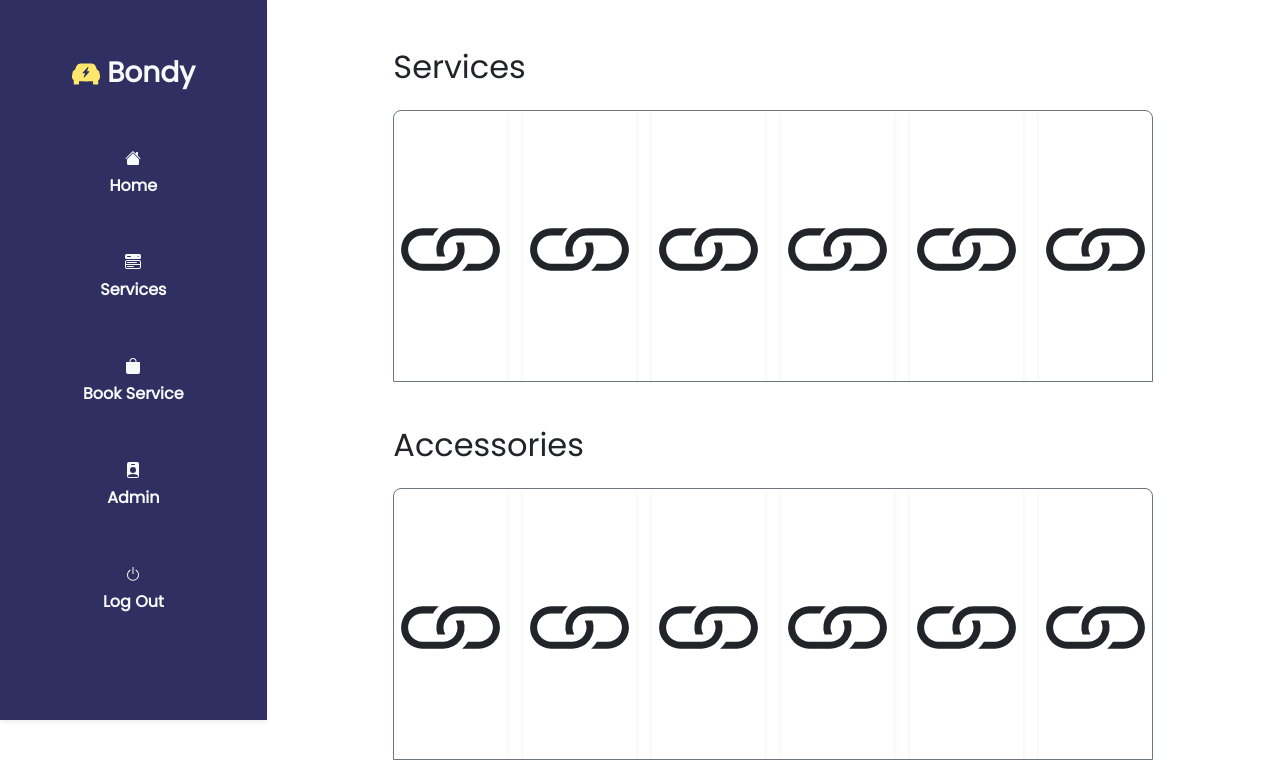
Repository: duzzisantos/bondy
Page: /
The author's editor kept a copy of each file at every save. The page is drawn from the files as they stood at one save, then again after the next save.
The browser window is 1280 px wide. The pictures show the whole page.
Some web libraries are served in a nearby version. The project was rebuilt for these pictures with package versions that can differ from the ones it lists, and the page was loaded fresh each time.

Above is the page before, as saved 2023-06-18 00:36:46.

### public/index.html
<!DOCTYPE html>
<html lang="en">
  <head>
    <meta charset="utf-8" />
    <link rel="icon" href="%PUBLIC_URL%/favicon.ico" />
    <meta name="viewport" content="width=device-width, initial-scale=1" />
    <meta name="theme-color" content="#000000" />
    <meta
      name="description"
      content="Web site created using create-react-app"
    />
    <link rel="apple-touch-icon" href="%PUBLIC_URL%/logo192.png" />
    <!-- Option 1: Include in HTML -->
    <link
      rel="stylesheet"
      href="https://cdn.jsdelivr.net/npm/bootstrap-icons@1.3.0/font/bootstrap-icons.css"
    />
    <link rel="preconnect" href="https://fonts.googleapis.com" />
    <link rel="preconnect" href="https://fonts.gstatic.com" crossorigin />
    <!--
      manifest.json provides metadata used when your web app is installed on a
      user's mobile device or desktop. See https://developers.google.com/web/fundamentals/web-app-manifest/
    -->
    <link rel="manifest" href="%PUBLIC_URL%/manifest.json" />
    <!--
      Notice the use of %PUBLIC_URL% in the tags above.
      It will be replaced with the URL of the `public` folder during the build.
      Only files inside the `public` folder can be referenced from the HTML.

      Unlike "/favicon.ico" or "favicon.ico", "%PUBLIC_URL%/favicon.ico" will
      work correctly both with client-side routing and a non-root public URL.
      Learn how to configure a non-root public URL by running `npm run build`.
    -->
    <title>React App</title>
  </head>
  <body>
    <noscript>You need to enable JavaScript to run this app.</noscript>
    <div id="root"></div>
    <!--
      This HTML file is a template.
      If you open it directly in the browser, you will see an empty page.

      You can add webfonts, meta tags, or analytics to this file.
      The build step will place the bundled scripts into the <body> tag.

      To begin the development, run `npm start` or `yarn start`.
      To create a production bundle, use `npm run build` or `yarn build`.
    -->
  </body>
</html>

### src/index.js
import React from "react";
import ReactDOM from "react-dom/client";
import "./index.css";
import App from "./App";
import "bootstrap/dist/css/bootstrap.min.css";
import { BrowserRouter as Router } from "react-router-dom";

const root = ReactDOM.createRoot(document.getElementById("root"));
root.render(
  <React.StrictMode>
    <Router>
      <App />
    </Router>
  </React.StrictMode>
);

### src/App.js
import "./App.css";
import "bootstrap";
import SideBar from "./components/Navigation/SideBar";
import { Routes, Route } from "react-router-dom";
import LandingPage from "./views/LandingPage";
function App() {
  return (
    <div className="App d-flex flex-row flex-nowrap">
      <SideBar />
      <Routes>
        <Route path="/" element={<LandingPage />} />
        <Route path="/home" element={<LandingPage />} />
      </Routes>
    </div>
  );
}

export default App;

### src/App.css
@import url("https://fonts.googleapis.com/css2?family=Cabin&family=Montserrat:wght@200&family=Poppins&display=swap");

* {
  font-family: "Poppins", sans-serif;
}
.App {
  text-align: center;
}

.custom-color {
  color: #2f3061 !important;
}

.custom-bg-color {
  background-color: #2f3061;
}

### src/components/Navigation/SideBar.tsx
import React, { FunctionComponent } from "react";
import "react-bootstrap";
import "../../App.css";
import "./Navigation.scss";
import { Link } from "react-router-dom";
import {
  HouseFill,
  BagFill,
  PersonBadgeFill,
  Power,
  EvFrontFill,
  MenuButtonWideFill,
} from "react-bootstrap-icons";

const commonLinkClasses =
  "d-flex flex-column justify-content-center align-items-center p-1 gap-2 text-light text-decoration-none fw-bold";
const SideBar: FunctionComponent = () => {
  return (
    <div className="col-2 vh-100 custom-bg-color shadow-sm p-5 text-light d-flex flex-column vstack gap-5">
      <Link to={"/"} className={commonLinkClasses + " fs-3"}>
        <span>
          <EvFrontFill className="brand-icon-color" /> Bondy
        </span>
      </Link>
      <Link to={"/home"} className={commonLinkClasses}>
        <HouseFill />
        Home
      </Link>

      <Link to={"/services"} className={commonLinkClasses}>
        <MenuButtonWideFill />
        Services
      </Link>

      <Link to={"/book-service"} className={commonLinkClasses}>
        <BagFill />
        Book Service
      </Link>

      <Link to={"/admin"} className={commonLinkClasses}>
        <PersonBadgeFill />
        Admin
      </Link>

      <Link to={"/logout"} className={commonLinkClasses}>
        <Power />
        Log Out
      </Link>
    </div>
  );
};

export default SideBar;

### src/views/LandingPage.tsx
import React, { FunctionComponent } from "react";
import "../components/Home/LandingPage.scss";
import LandingPageScrollContainer from "src/components/Home/LandingPageScrollContainer";
import { servicesList } from "src/components/Home/landingPageContent";

const LandingPage: FunctionComponent = () => {
  const handleClick = () => {
    console.log("This was clicked");
  };
  return (
    <div className="col-lg-9 pt-5 vstack gap-5 d-flex flex-column align-items-center">
      <LandingPageScrollContainer
        content={servicesList}
        category="Services"
        handleClick={handleClick}
      />
      <LandingPageScrollContainer
        content={servicesList}
        category="Accessories"
        handleClick={handleClick}
      />
    </div>
  );
};

export default LandingPage;

### src/components/Navigation/Navigation.scss
.brand-icon-color {
  color: #ffe66d !important;
}

### src/components/Home/LandingPage.scss
.scroll-container-fixed {
  position: fixed !important;
}

.scroll-container-size {
  height: 330px !important;
}

.service-card {
  height: 270px !important;
}

### src/components/Home/LandingPageScrollContainer.tsx
import { CardHeader } from "@mui/material";
import React, { FunctionComponent } from "react";
import "../../App.css";
import { Card } from "react-bootstrap";
import { Link } from "react-bootstrap-icons";

interface ScrollContainerProps {
  content: any[];
  category: string;
  handleClick: any;
}
const LandingPageScrollContainer: FunctionComponent<ScrollContainerProps> = ({
  content,
  category,
  handleClick,
}) => {
  return (
    <section className="col-9 scroll-container-size">
      <h2 className="text-start mb-4">{category}</h2>
      <div className="overflow-x-scroll d-flex flex-row hstack gap-3 border border-secondary rounded-3 rounded-bottom-0">
        {content.map((element, index) => (
          <Link
            to={`/services/${category}`}
            key={index}
            className="text-decoration-none w-50 service-card shadow-sm"
            onClick={handleClick}
          >
            <Card>
              <CardHeader>{element.category}</CardHeader>
              <Card.Body>{element.icon}</Card.Body>
            </Card>
          </Link>
        ))}
      </div>
    </section>
  );
};

export default LandingPageScrollContainer;

### src/components/Home/landingPageContent.tsx
import React from "react";
import {
  Gear,
  GearWideConnected,
  WrenchAdjustableCircleFill,
  Fan,
  DropletHalf,
  CarFrontFill,
} from "react-bootstrap-icons";
export const servicesList = [
  {
    id: 1,
    category: "Suspension Systems",
    icon: <Gear />,
  },
  {
    id: 2,
    category: "Brake Service",
    icon: <GearWideConnected />,
  },
  {
    id: 3,
    category: "Wheel Service",
    icon: <WrenchAdjustableCircleFill />,
  },
  {
    id: 4,
    category: "Airconditioning & Heating",
    icon: <Fan />,
  },
  {
    id: 5,
    category: "Oil Change",
    icon: <DropletHalf />,
  },
  {
    id: 6,
    category: "Body Work",
    icon: <CarFrontFill />,
  },
];

Loaded but not shown: src/index.css (common file)

After the next save:
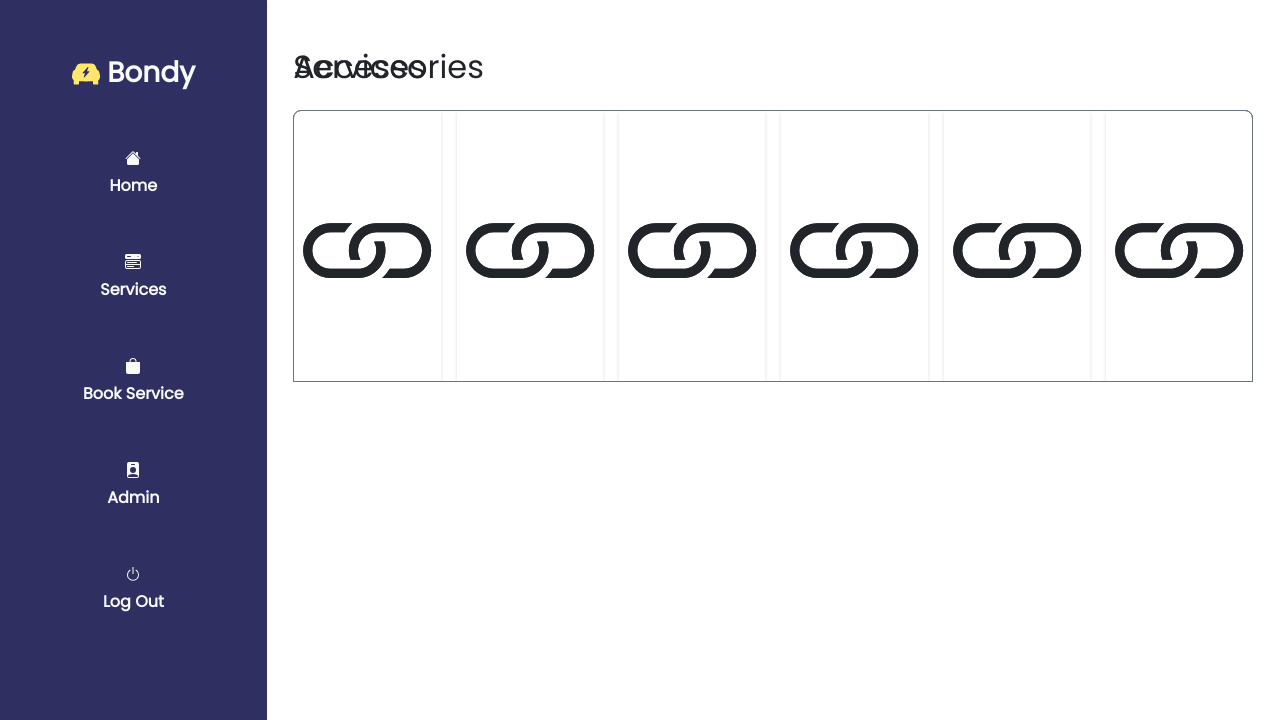
Saved 60 s later.
--- a/src/components/Home/LandingPageScrollContainer.tsx
+++ b/src/components/Home/LandingPageScrollContainer.tsx
@@ -15,7 +15,7 @@
   handleClick,
 }) => {
   return (
-    <section className="col-9 scroll-container-size">
+    <section className="col-9 scroll-container-size scroll-container-fixed">
       <h2 className="text-start mb-4">{category}</h2>
       <div className="overflow-x-scroll d-flex flex-row hstack gap-3 border border-secondary rounded-3 rounded-bottom-0">
         {content.map((element, index) => (

After the save that followed:
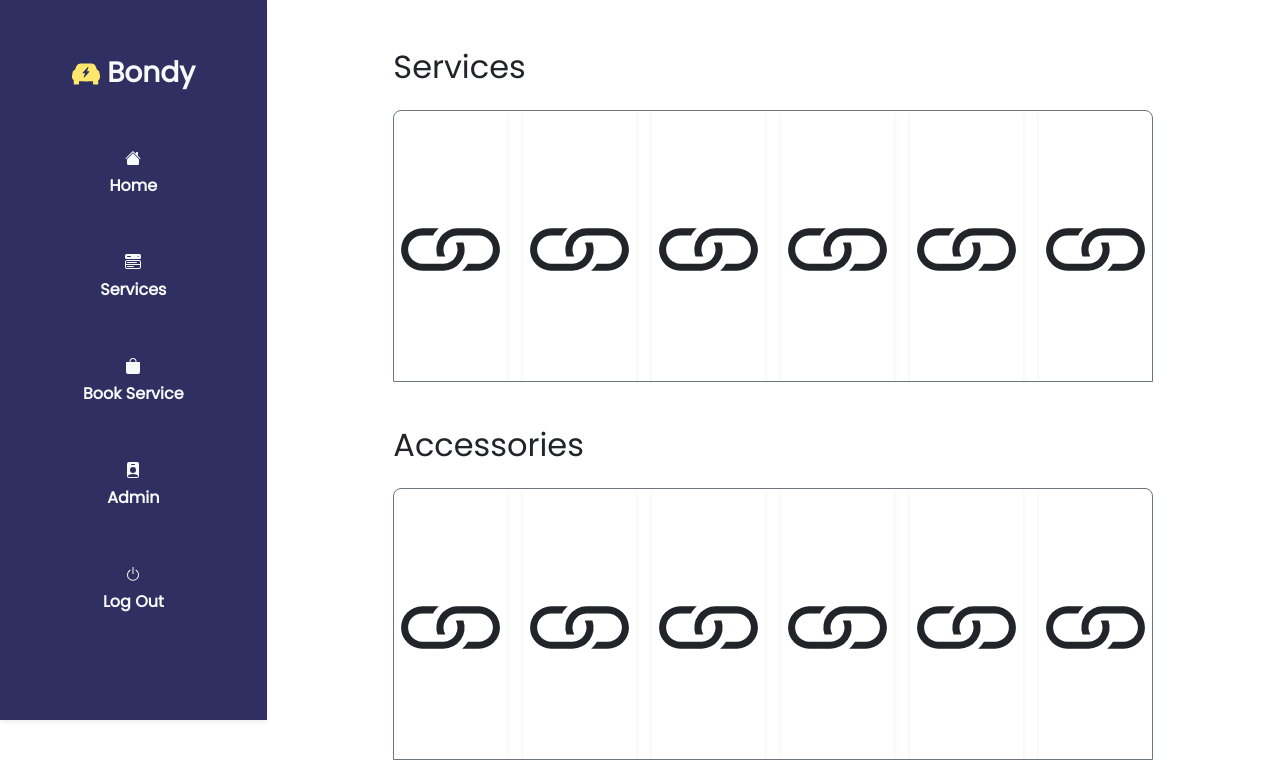
Saved 18 s later.
--- a/src/components/Home/LandingPageScrollContainer.tsx
+++ b/src/components/Home/LandingPageScrollContainer.tsx
@@ -15,7 +15,7 @@
   handleClick,
 }) => {
   return (
-    <section className="col-9 scroll-container-size scroll-container-fixed">
+    <section className="col-9 scroll-container-size">
       <h2 className="text-start mb-4">{category}</h2>
       <div className="overflow-x-scroll d-flex flex-row hstack gap-3 border border-secondary rounded-3 rounded-bottom-0">
         {content.map((element, index) => (
